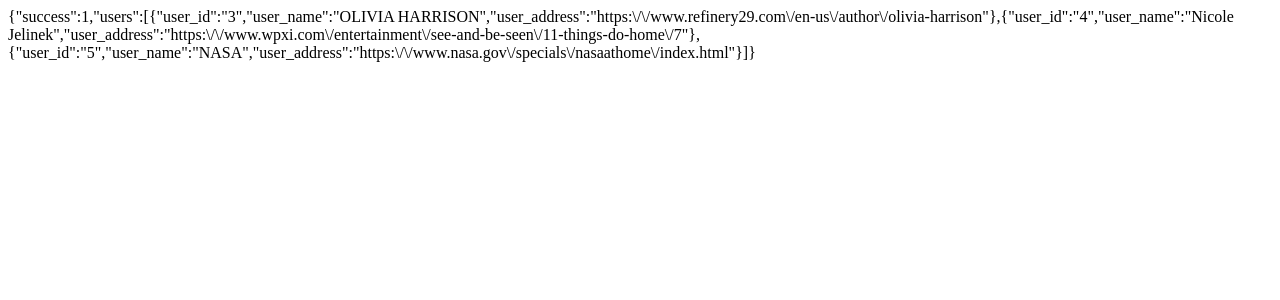
Repository: rubaabu/Fullstack-bitberry
Page: http://localhost/server/crud.php
These files come from the project's save history. The page is drawn as it stood at one moment and after the next save; the edit follows.
The browser window is 1280 px wide. The pictures show the whole page.
The page is run by PHP 8.4 with error messages shown; the project is at /var/www/html/. The database holds what the project's SQL file puts in it.

Above is the page before, as saved 2020-03-31 14:16:22.

### server/crud.php
<?php
header("Access-Control-Allow-Origin: *");
require './DBsetup.php';

$allUsers = mysqli_query($conn,"SELECT * FROM `user`");
if(mysqli_num_rows($allUsers) > 0){
    $all_users = mysqli_fetch_all($allUsers,MYSQLI_ASSOC);
    echo json_encode(["success"=>1,"users"=>$all_users]);
}
else{
    echo json_encode(["success"=>0]);
}

### server/DBsetup.php
<?php

        $host = 'localhost';
        $db_name = 'covid-19';
        $username = 'root';
        $password = '';

        $conn= mysqli_connect($host, $username, $password, $db_name);
        if ($conn->connect_error) {
            $conn= null;
        }


?>

### server/DB/bitberry.sql (the tables this page reads)
CREATE TABLE `user` (
  `user_id` int(11) NOT NULL,
  `user_name` varchar(70) NOT NULL,
  `user_address` varchar(150) NOT NULL
) ENGINE=InnoDB DEFAULT CHARSET=utf8;

INSERT INTO `user` (`user_id`, `user_name`, `user_address`) VALUES
(3, 'OLIVIA HARRISON', 'https://www.refinery29.com/en-us/author/olivia-harrison'),
(4, 'Nicole Jelinek', 'https://www.wpxi.com/entertainment/see-and-be-seen/11-things-do-home/7'),
(5, 'NASA', 'https://www.nasa.gov/specials/nasaathome/index.html');

ALTER TABLE `user`
  ADD PRIMARY KEY (`user_id`);

ALTER TABLE `user`
  MODIFY `user_id` int(11) NOT NULL AUTO_INCREMENT, AUTO_INCREMENT=6;

After the next save:
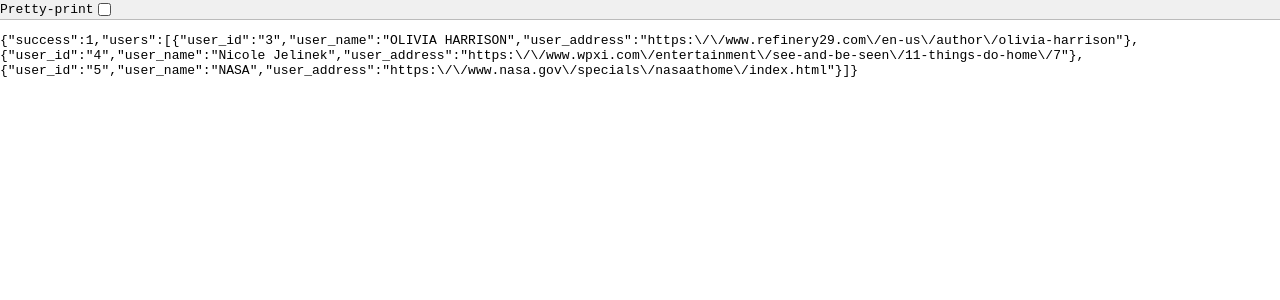
Saved 3 min 44 s later.
--- a/server/crud.php
+++ b/server/crud.php
@@ -1,5 +1,7 @@
 <?php
 header("Access-Control-Allow-Origin: *");
+header("Content-Type: application/json; charset=UTF-8");
+
 require './DBsetup.php';
 
 $allUsers = mysqli_query($conn,"SELECT * FROM `user`");
